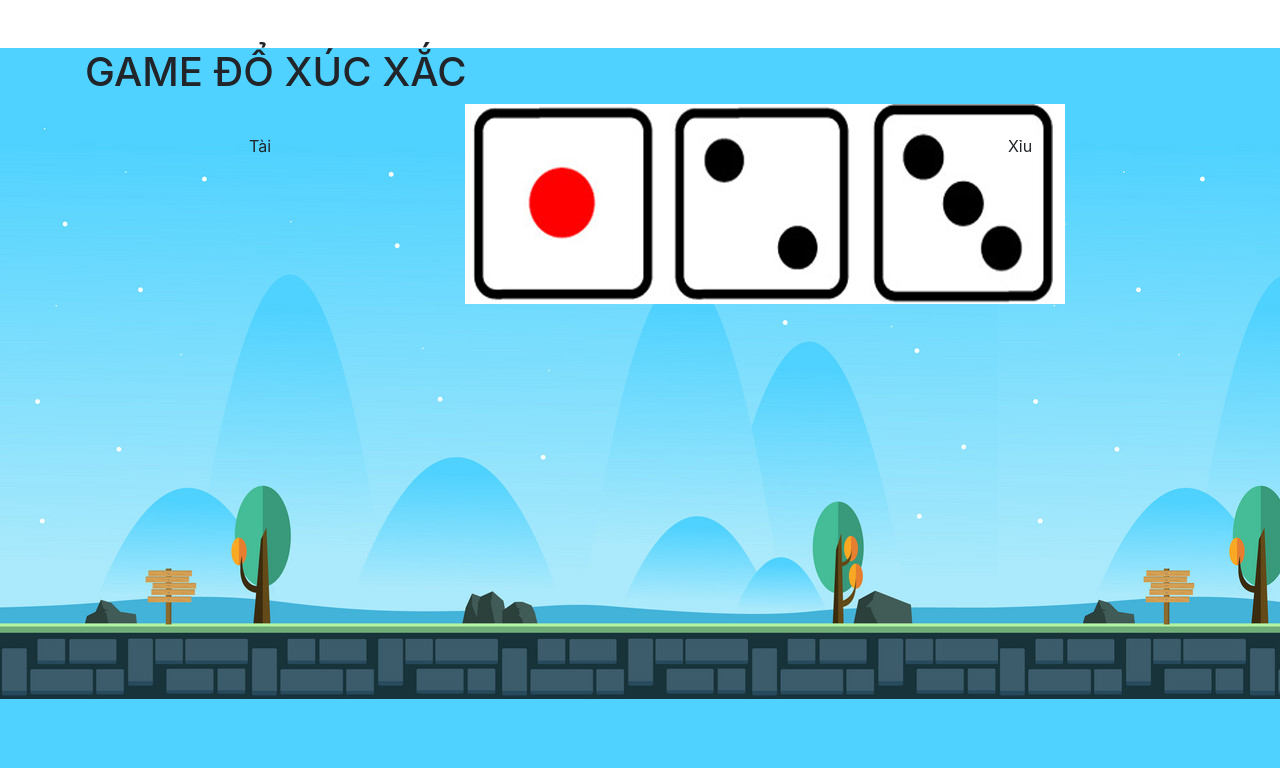
Repository: dovanthao2404/game-xuc-sac
Page: /
The author's editor kept a copy of each file at every save. The page is drawn from the files as they stood at one save, then again after a run of saves.
The browser window is 1280 px wide. The pictures show the whole page.
The project was rebuilt for these pictures with package versions that can differ from the ones it lists, and the page was loaded fresh each time.

Above is the page before, as saved 2021-09-11 13:05:34.

### public/index.html
<!DOCTYPE html>
<html lang="en">

<head>
  <meta charset="utf-8" />
  <link rel="icon" href="%PUBLIC_URL%/favicon.ico" />
  <meta name="viewport" content="width=device-width, initial-scale=1" />
  <meta name="theme-color" content="#000000" />
  <meta name="description" content="Web site created using create-react-app" />
  <link rel="apple-touch-icon" href="%PUBLIC_URL%/logo192.png" />
  <link rel="manifest" href="%PUBLIC_URL%/manifest.json" />
  <title>React App</title>
  <link rel="stylesheet" href="https://cdn.jsdelivr.net/npm/bootstrap@4.6.0/dist/css/bootstrap.min.css"
    integrity="sha384-B0vP5xmATw1+K9KRQjQERJvTumQW0nPEzvF6L/Z6nronJ3oUOFUFpCjEUQouq2+l" crossorigin="anonymous">
  <link rel="stylesheet" href="%PUBLIC_URL%/css/style.css">
</head>

<body>
  <noscript>You need to enable JavaScript to run this app.</noscript>
  <div id="root"></div>
</body>

</html>

### src/index.css
body {
  margin: 0;
  padding: 0;
  box-sizing: border-box;
  font-family: -apple-system, BlinkMacSystemFont, 'Segoe UI', 'Roboto', 'Oxygen',
    'Ubuntu', 'Cantarell', 'Fira Sans', 'Droid Sans', 'Helvetica Neue',
    sans-serif;
  -webkit-font-smoothing: antialiased;
  -moz-osx-font-smoothing: grayscale;
}

code {
  font-family: source-code-pro, Menlo, Monaco, Consolas, 'Courier New',
    monospace;
}

### src/App.js


function App() {
  return (
    <div className="main">
      <div className="container mt-5">
        <div className="title">
          <h1>GAME ĐỔ XÚC XẮC</h1>
        </div>
        <div>
          <div class="row justify-content-between">
            <div className="col-4">
              <div className="type d-flex justify-content-center align-items-center">
                <span>Tài</span>
              </div>
            </div>
            <div className="col-4">
              <div className="d-flex">
                <img src="./images/1.png" alt="" />
                <img src="./images/2.png" alt="" />
                <img src="./images/3.png" alt="" />
              </div>
            </div>
            <div className="col-4">
              <div className="type d-flex justify-content-center align-items-center">
                <span>Xỉu</span>
              </div>
            </div>
          </div>
        </div>
      </div>
    </div>
  );
}

export default App;

### public/css/style.css
.main {
  background-image: url(./../images/bgGame.png);
  height: 100vh;
  width: 100vw;
  position: relative;
}

.type span{
  display: block;
  padding: 30px
  /* background: */
}

Loaded but not shown: src/index.js (common file); src/reportWebVitals.js (common file)

After the next 2 saves:
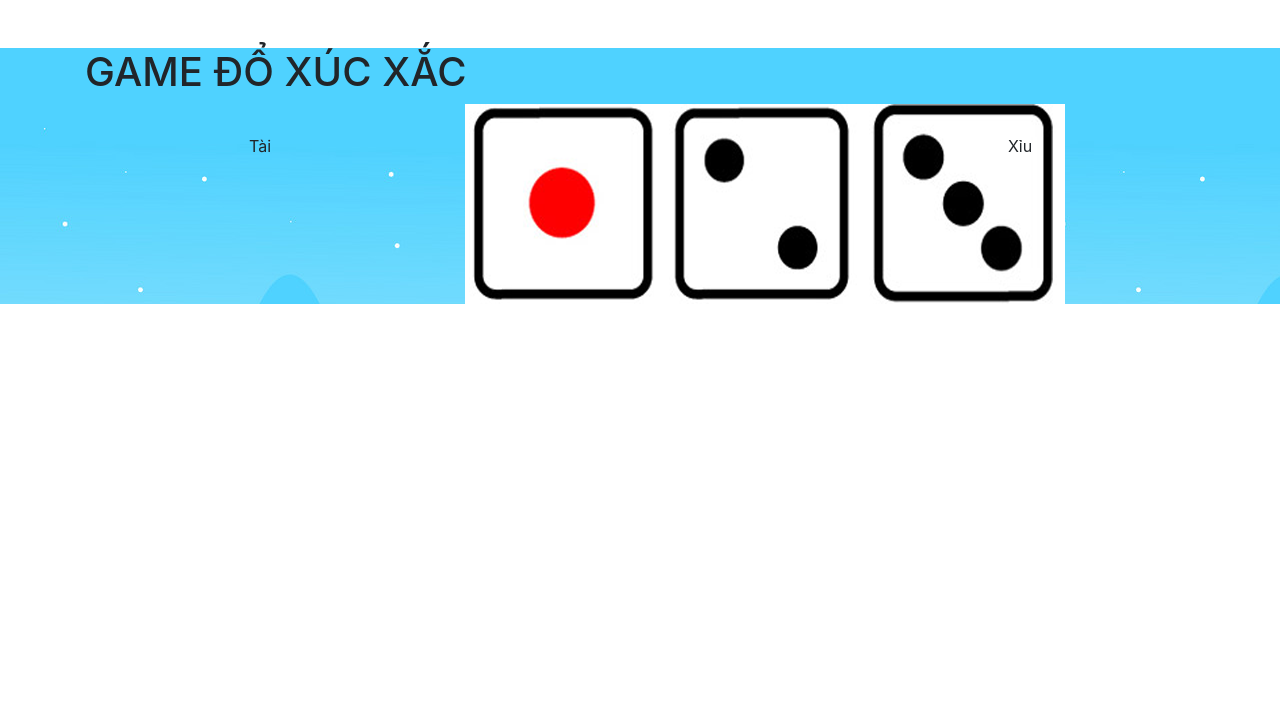
The 2 saves are shown as one change because they came seconds apart.
The last was saved 25 s later.
--- a/public/css/style.css
+++ b/public/css/style.css
@@ -1,7 +1,10 @@
 .main {
   background-image: url(./../images/bgGame.png);
-  height: 100vh;
-  width: 100vw;
+  top: 0;
+  left:0;
+  height: 100%;
+  width: 100%;
+  display: block;
   position: relative;
 }
 
